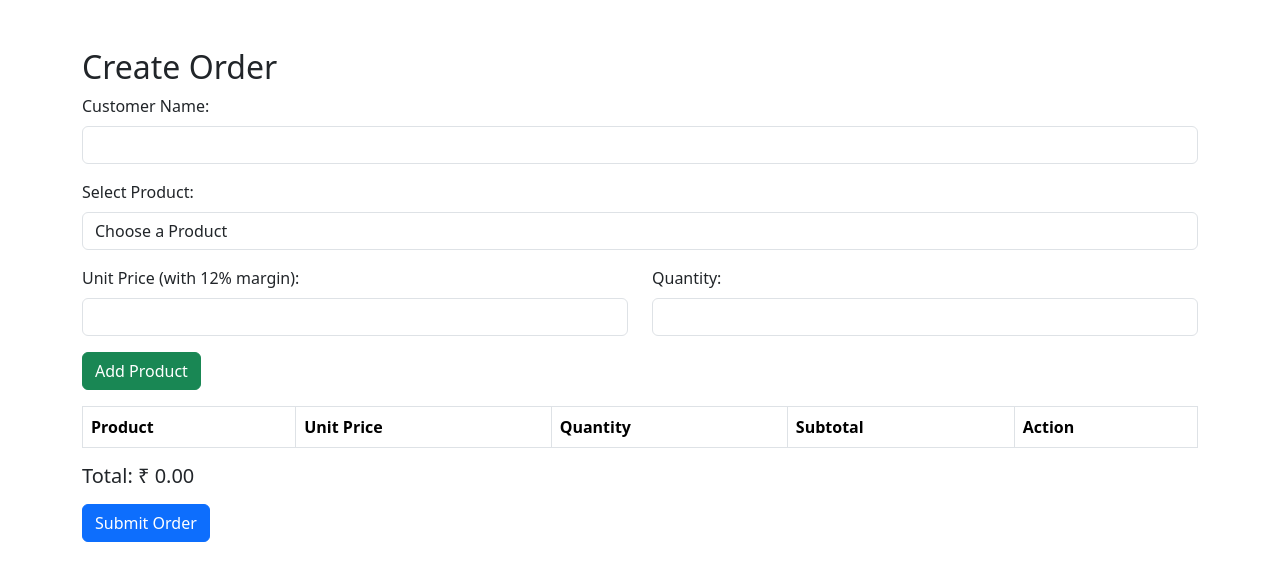
Repository: AditiAjitSalvi/Inventory_Managment
Page: http://localhost/Paper_inventory/Purchase_order.jsp
The author's editor kept a copy of each file at every save. The page is drawn from the files as they stood at one save, then again after the next save.
The browser window is 1280 px wide. The pictures show the whole page.
The page is served by Tomcat 10. Queries for data that is not in the repository find no rows.

Above is the page before, as saved 2025-06-03 05:28:21.

After the next save:
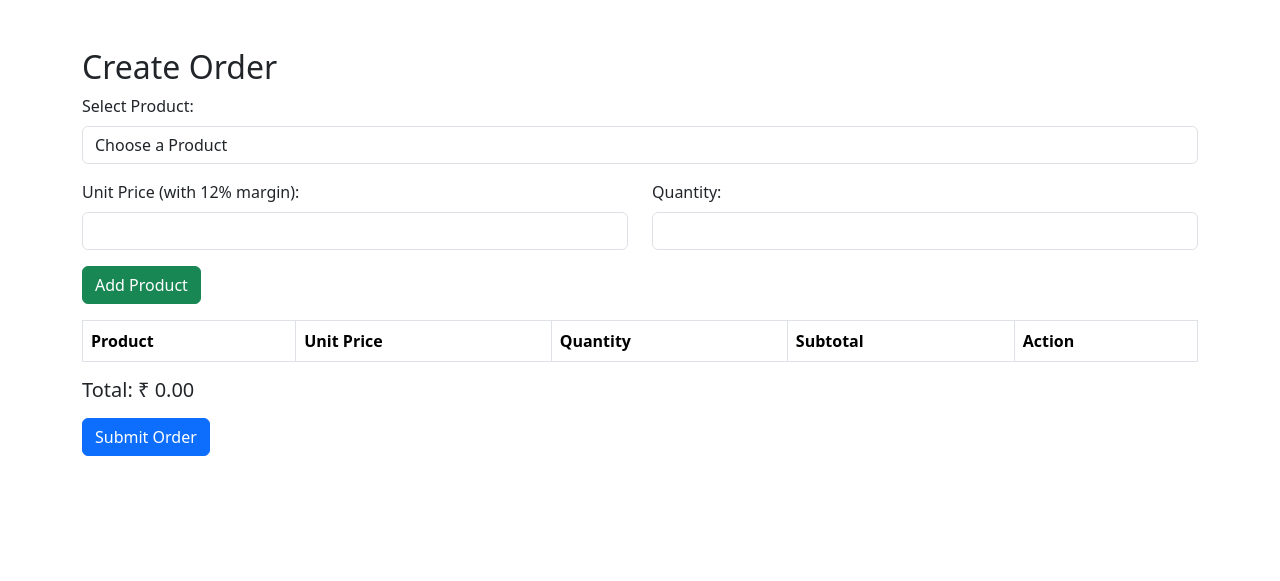
Saved 108 s later.
--- a/Paper_inventory/Paper_inventory/src/main/webapp/Purchase_order.jsp
+++ b/Paper_inventory/Paper_inventory/src/main/webapp/Purchase_order.jsp
@@ -13,11 +13,6 @@
     <h2>Create Order</h2>
     <form action="SaveOrder.jsp" method="post" id="orderForm">
 
-      <!-- Customer Information -->
-      <div class="mb-3">
-        <label for="customerName" class="form-label">Customer Name:</label>
-        <input type="text" class="form-control" name="customerName" id="customerName" required>
-      </div>
 
       <!-- Product Dropdown -->
       <div class="mb-3">
